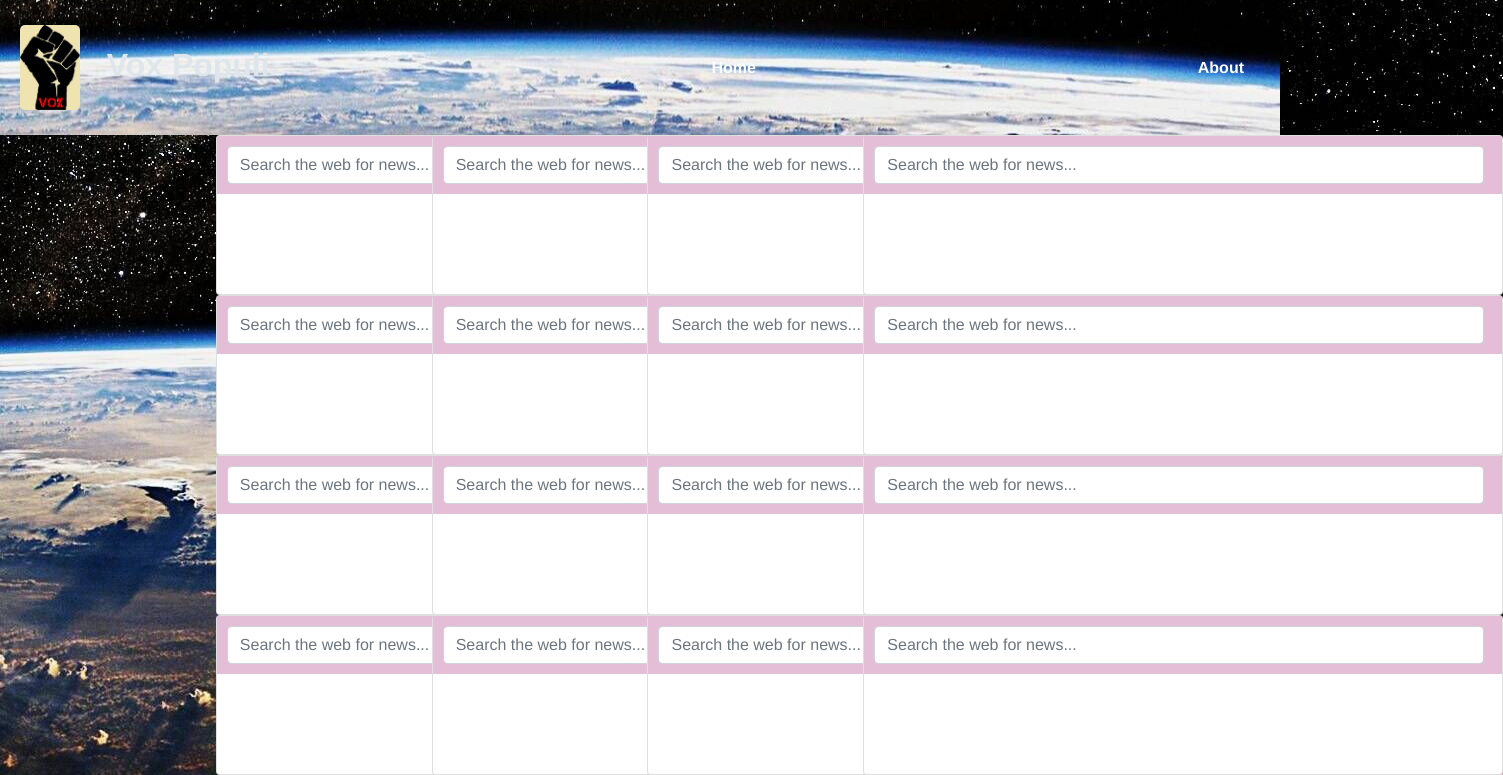
Repository: mseparov/vox-populi
Page: / (app in vox-populi/)
The author's editor kept a copy of each file at every save. The page is drawn from the files as they stood at one save, then again after a run of saves.
The browser window is 1280 px wide. The page is 1503 px wide, so the pictures cover 1503 px, including what lies to the right of the window. The pictures show the whole page.
The page's requests for data from a server got no answer. Backgrounds fixed to the window are drawn as part of the page. The project was rebuilt for these pictures with package versions that can differ from the ones it lists, and the page was loaded fresh each time. No one was signed in, and anything a server would have sent is missing.

Above is the page before, as saved 2021-08-23 00:34:36.

### vox-populi/public/index.html
<!DOCTYPE html>
<html lang="">
  <head>
    <meta charset="utf-8">
    <meta http-equiv="X-UA-Compatible" content="IE=edge">
    <meta name="viewport" content="width=device-width,initial-scale=1.0">
    <link rel="icon" href="<%= BASE_URL %>favicon.ico">
    <title><%= htmlWebpackPlugin.options.title %></title>
    <!-- CSS only -->
    <link href="https://cdn.jsdelivr.net/npm/bootstrap@5.1.0/dist/css/bootstrap.min.css" rel="stylesheet" integrity="sha384-KyZXEAg3QhqLMpG8r+8fhAXLRk2vvoC2f3B09zVXn8CA5QIVfZOJ3BCsw2P0p/We" crossorigin="anonymous">
  </head>
  <body>
    <noscript>
      <strong>We're sorry but <%= htmlWebpackPlugin.options.title %> doesn't work properly without JavaScript enabled. Please enable it to continue.</strong>
    </noscript>
    <div id="app"></div>
    <!-- built files will be auto injected -->
  </body>
</html>

### vox-populi/src/App.vue
<template>
  <div id="app">
    <nav id="nav" class="navbar navbar-expand-lg navbar-light">

      <!-- <div class="container-fluid"> -->
      <a class="navbar-brand" href="http://localhost:8080/">
      <img src="@/assets/Vox2.png" id="home_title" alt="" width="60"  class="d-inline-block align-text-centre logo">
      &nbsp; Vox Populi
      </a>

          <router-link to="/" id="nav_ele" class="nav-link">Home</router-link>

          <router-link to="/about" id="nav_ele" class="nav-link">About</router-link>


    </nav>

    <router-view/>

  </div>

</template>

<style lang="scss">

body{
background-color: rgba(157, 207, 219, 0.61);
background: url("assets/background.jpg") no-repeat center center fixed;

height: 100vh;//100% view height
width: 99.3vw;// 100% view width
overflow-x:hidden;
}

#app {
  font-family: Avenir, Helvetica, Arial, sans-serif;
  -webkit-font-smoothing: antialiased;
  -moz-osx-font-smoothing: grayscale;
  text-align: center;
  color: #2c3e50;
}

#nav {
  padding: 20px;
  width: 100vw;
  background-color: #3998cf;
  background: url("assets/background.jpg") no-repeat center center fixed;
  a {
    font-weight: bold;
    color: #ffffff;
    text-decoration: none;

    &.router-link-exact-active {
      color: #ffffff;
    }

  }

  #nav_ele{

    margin-left: auto;

  }

  .logo{
    border-radius: 5px;
  }

  a.navbar-brand{
    font-size: 2rem;
    color: #dfe6eb;
  }

}
</style>

### vox-populi/src/views/Home.vue
<template>

  <div class="row">

    <div class="col-2" id="leftBG">

    </div>

    <div class="col-2">
      <news-article />
      <news-article />
      <news-article />
      <news-article />
    </div>

    <div class="col-2">
      <news-article />
      <news-article />
      <news-article />
      <news-article />
    </div>

    <div class="col-2">
      <news-article />
      <news-article />
      <news-article />
      <news-article />
    </div>

    <div class="col-2">
      <news-article />
      <news-article />
      <news-article />
      <news-article />
    </div>

    <div class="col-2 rightBG">

    </div>

  </div>

</template>


<style>

</style>


<script>

import NewsArticle from '@/components/NewsArticle.vue';

export default{
  name: 'home',
  components: {

    NewsArticle,
  },
};

</script>

### vox-populi/src/components/NewsArticle.vue
<template>
  <div class="card">

      <!-- ovo je search bar -->
      <form @submit.prevent="fetchSearchNews" class="d-flex" action="">
        <input v-model="searchword" class="form-control me-2" type="text" id="searchBar" placeholder="Search the web for news..." aria-label="Search">
        <button v-if="!isBusy" @click="fetchSearchNews" class="search_button">Search</button>
      </form>

    <div class="result-list">

      <article v-for="(article, index) in articles" :key="index" @click="navTo(article.url)">

        <header>
            <img class="article-img" v-if="article.urlToImage" :src="article.urlToImage" alt="">
            <i v-else class="fas fa-image"></i>
        </header>

        <div class="title_desc">
        <h5 class="inner_html" v-html="article.title"></h5>
        <section v-html="article.description"></section>
        </div>

      </article>

    </div>

    <div ref="infinitescrolltrigger" id="scroll-trigger">
    <i v-if="showloader" class="fas fa-spinner fa-spin"></i>
  </div>
</div>

    <!-- <div class="card-body p-1">
      <img src="https://s.france24.com/media/display/d1676b6c-0770-11e9-8595-005056a964fe/w:1280/p:16x9/news_1920x1080.png" class="card-img-top" alt="...">
      <h5 class="card-title">AAA</h5>
      <p class="card-text">ahahaha</p>
      <a href="#" class="btn btn-primary">xD</a>
    </div> -->
</template>

<script>
export default {
  props: [
    '6a32316f19304759b15c22a197659a4c',
  ],
  data: () => {
    return{
      apiUrl: '',
      apiKey: '6a32316f19304759b15c22a197659a4c',
      isBusy: false,
      showloader: false,
      currentPage: 1,
      totalResults: 0,
      maxPerPage: 20,
      searchword: '',
      articles: [],
      country: 'us'
    }
  },

  computed: {
    pageCount(){
    return Math.ceil(this.totalResults/this.maxPerPage);
    }
    },

  methods: {

    navTo(url) {
    window.open(url);
    },

    resetData() {
      this.currentPage = 1;
      this.articles = [];
    },

    fetchSearchNews() {
      if(this.searchword !== '')
      {
      this.apiUrl = 'https://newsapi.org/v2/everything?q=' + this.searchword +
                  '&pageSize=' + this.maxPerPage +
                  '&apiKey=' + this.apiKey;
      this.isBusy = true;

      this.resetData();
      this.fetchData();
      }
      else {
      this.fetchTopNews();
    }
    },

    fetchTopNews() {
      this.apiUrl = 'https://newsapi.org/v2/top-headlines?country=' + this.country +
      '&pageSize=' + this.maxPerPage +
      '&apiKey=' + this.apiKey;

      this.isBusy = true;
      this.searchword = '';

      this.resetData();
      this.fetchData();
    },

    fetchData(){
        let req = new Request(this.apiUrl + '&page=' + this.currentPage);
        fetch(req)
          .then((resp) => resp.json())
          .then((data) => {
            this.totalResults = data.totalResults;
            data.articles.forEach(element =>  {
                this.articles.push(element);
            });
            this.isBusy = false;
            this.showloaded = false;
          })
          .catch((error) => {
            console.log(error);
          })

    },

    scrollTrigger() {
    const observer = new IntersectionObserver((entries) => {
    entries.forEach(entry => {
      if(entry.intersectionRatio > 0 && this.currentPage < this.pageCount) {
        this.showloader = true;
        this.currentPage += 1;
        this.fetchData();
      }
    });
  });

  observer.observe(this.$refs.infinitescrolltrigger);
}

  },

  created() {

    this.fetchTopNews();
  },

  mounted() {
  this.scrollTrigger();
},

  name: 'NewsArticle'
};
</script>



<style Lang="scss" sacoped>

.inner_html{
font-weight: bold;
margin-left: 9%;
text-align:justify;
}

.card{
  width: 50vw;
  margin-left: auto;
  margin-right: auto;
}

.result-list {
  width: 100%;
}

article {
  display: grid;
  grid-template-columns: 300px auto 40px;
  grid-template-rows: 200px;
  border: 3px solid rgb(185, 165, 183);
  overflow: hidden;
  cursor: pointer;
  border-radius: 5px;
}

  header {
    display: flex;
    justify-content: center;
    overflow: hidden;
  }

    .article-img{
      width: 100%;
      height: auto;
      border-radius: 5px;
    }

    i{
      font-size: 2rem;
    }

  .d-flex{
  width:100%;
  padding: 10px;
  background:rgb(228, 190, 215);
  }

    section {
      padding: 3px;
      height: 100px;
      margin-left: 9%;
      text-align:justify;
    }

    #scroll-trigger {
    display: flex;
    justify-content: center;
    align-items: center;
    width: 100%;
    height: 100px;
    font-size: 1.6rem;
  }

  .search_button{
    border-radius: 5px;
  }

</style>

Loaded but not shown: vox-populi/src/main.js (common file); vox-populi/src/router/index.js (common file)

After the next 2 saves:
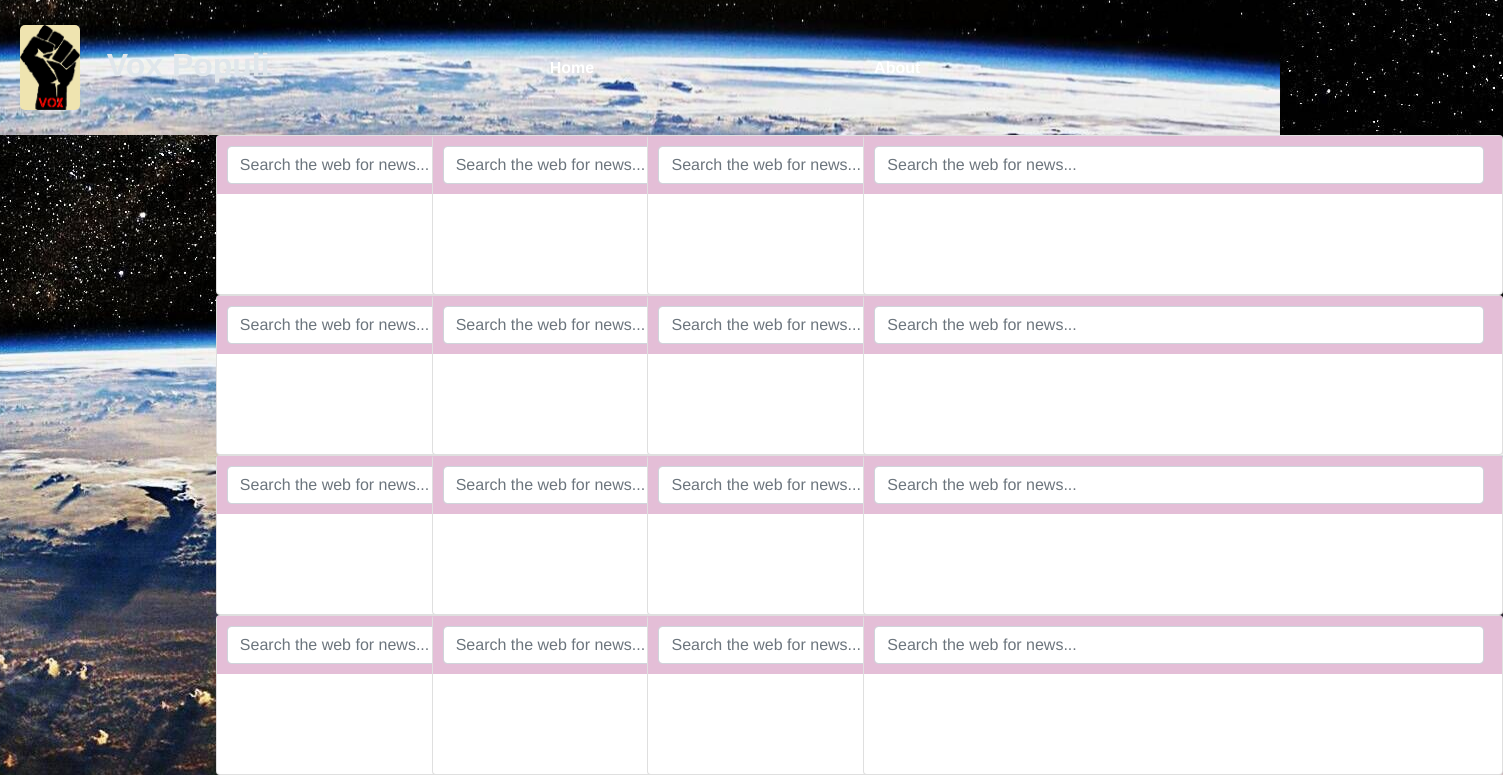
The 2 saves are shown as one change because 1 did not build or start.
The last was saved 12 s later.
--- a/vox-populi/src/App.vue
+++ b/vox-populi/src/App.vue
@@ -58,7 +58,7 @@
 
   #nav_ele{
 
-    margin-left: auto;
+    margin-left: 20%;
 
   }
 
